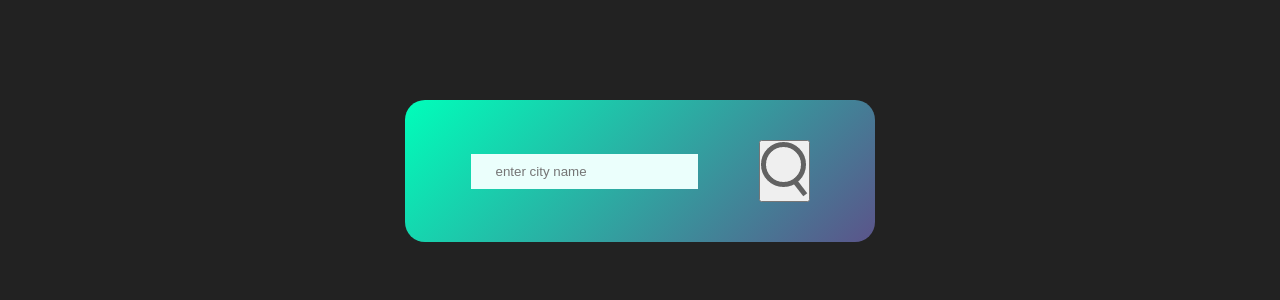
Repository: Alphosmart/weather
Page: index.html
These files come from the project's save history. The page is drawn as it stood at one moment and after the next save; the edit follows.
The browser window is 1280 px wide. The pictures show the whole page.

Above is the page before, as saved 2024-07-17 16:26:46.

After the next save:
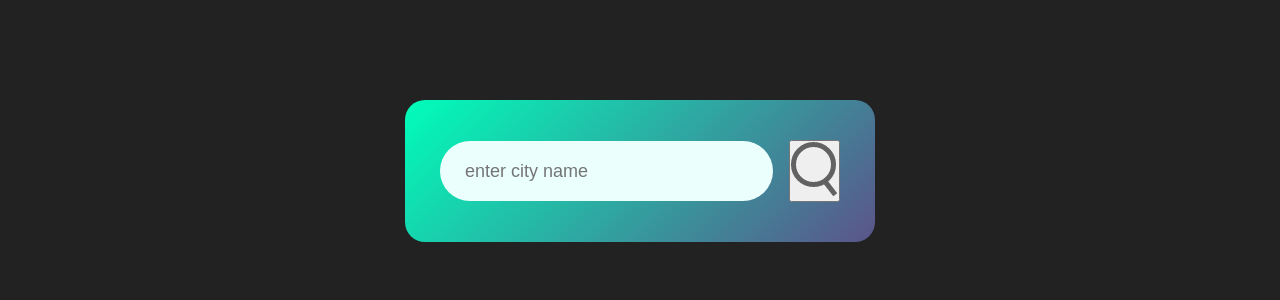
Saved 63 s later.
--- a/style.css
+++ b/style.css
@@ -33,4 +33,9 @@ body {
   background: #ebfffc;
   color: #555;
   padding: 10px 25px;
+  height: 60px;
+  border-radius: 30px;
+  flex: 1;
+  margin-right: 16px;
+  font-size: 18px;
 }
